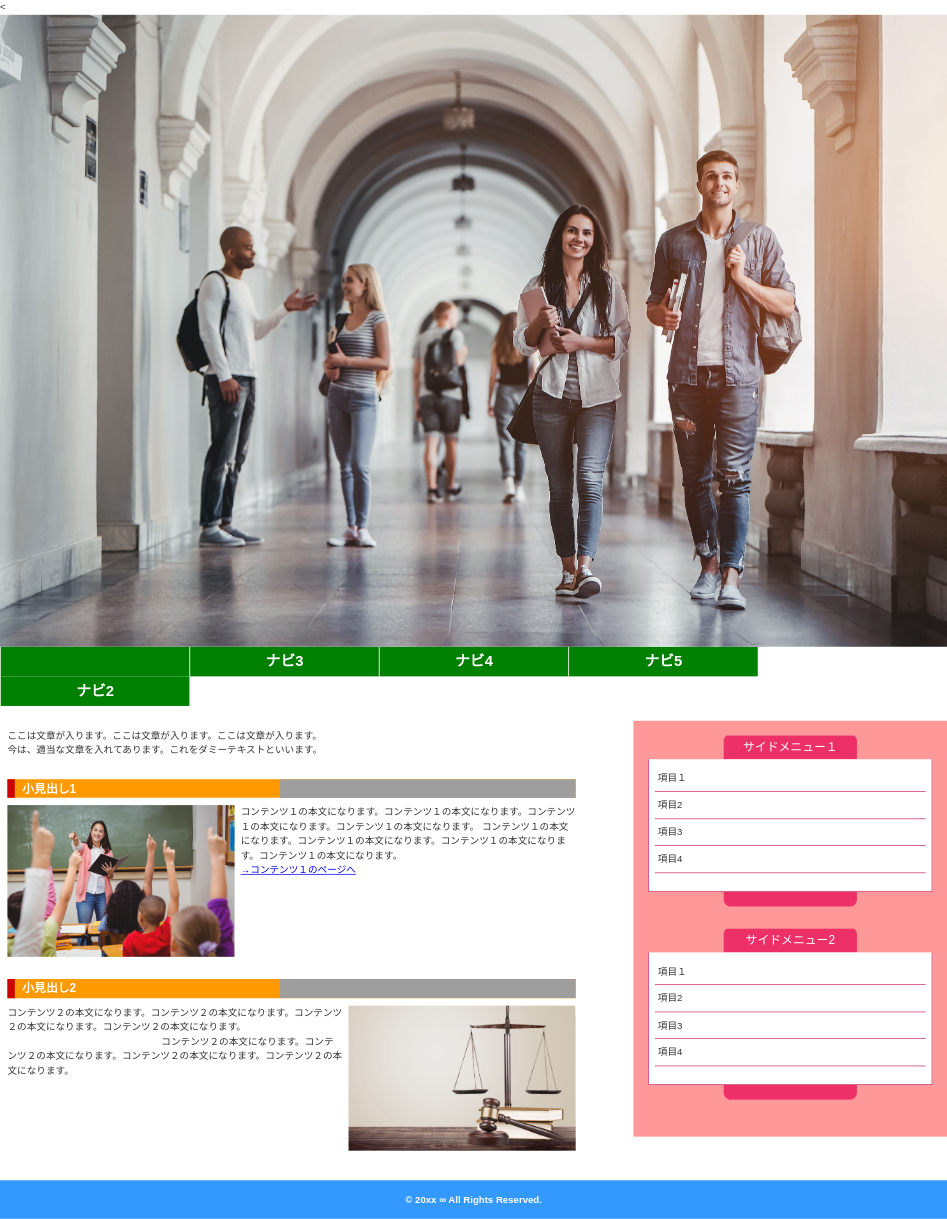
Repository: hanilemo/samurai_HTML-CSS
Page: home.html
The author's editor kept a record of every edit. The page is drawn from the files as they stood at one moment, then again after the next edit.
The browser window is 1280 px wide. The pictures show the whole page, at 74% of full size.
Pictures or frames that could not be fetched are drawn as grey boxes.

Above is the page before.

After the next edit:
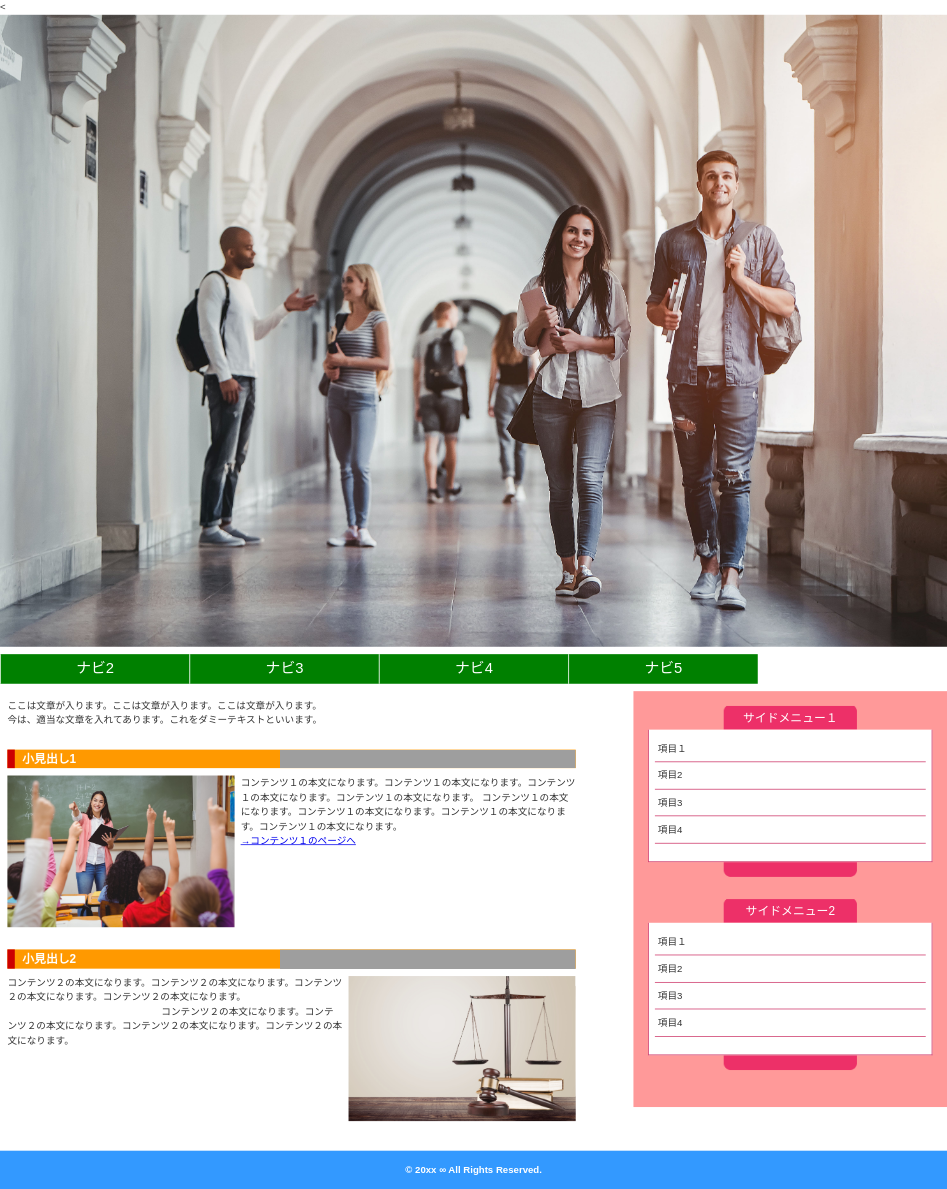
The edit:
--- a/home.html
+++ b/home.html
@@ -7,7 +7,7 @@
     </head>
     <body>
        <div id="header">
-           <h1><a href="index.html"><img id="corridor" src="images/corridor.jpg" alt="大学の廊下” /></a></h1>
+           <h1><a href="index.html"><img id="corridor" src="imaged/corridor.jpg" alt="大学の廊下" /></a></h1>
        </div>
        <div id="wrapper">
          <div id="nav">
